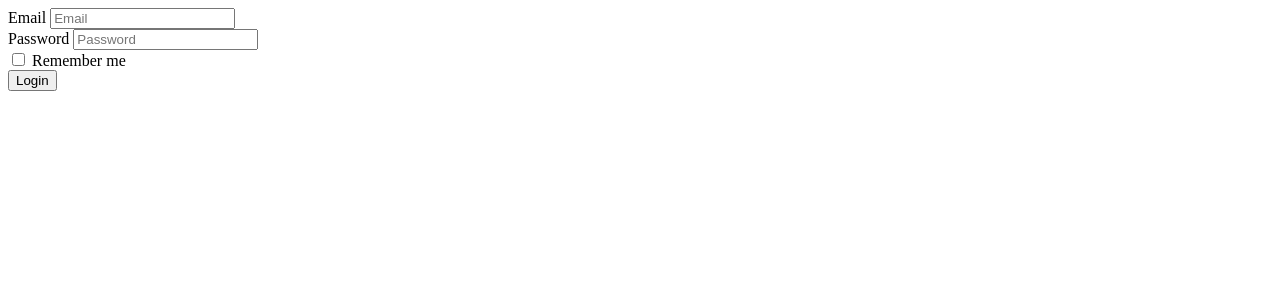
Repository: ThomStilwill/WorkingTitle
Page: client/app/views/login.html
An editor plug-in stored every save of this project. The page is shown before and after the next save, followed by the edit.
The browser window is 1280 px wide. The pictures show the whole page.

Above is the page before, as saved 2018-01-18 21:48:12.

After the next save:
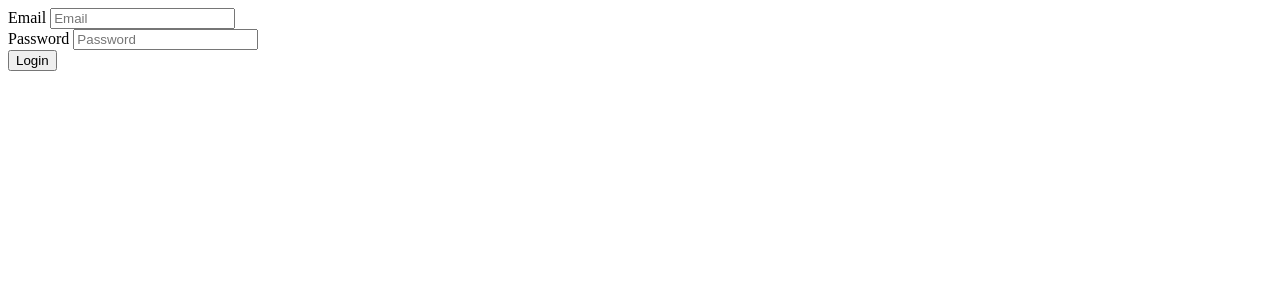
Saved 6 min 17 s later.
--- a/client/app/views/login.html
+++ b/client/app/views/login.html
@@ -1,19 +1,17 @@
 <div class="container-fluid">
-
-    <form>
+    <form name="loginform" ng-submit="ctrl.submit(loginform)">
         <div class="col-xs-6">
             <div class="form-group">
-                <label for="inputEmail">Email</label>
-                <input type="email" class="form-control" id="inputEmail" placeholder="Email">
+                <label for="username">Email</label>
+                <input type="text" class="form-control" name="username" placeholder="Email" required
+                        ng-model="ctrl.username">
             </div>
             <div class="form-group">
-                <label for="inputPassword">Password</label>
-                <input type="password" class="form-control" id="inputPassword" placeholder="Password">
+                <label for="password">Password</label>
+                <input type="password" class="form-control" name="password" placeholder="Password" required
+                        ng-model="ctrl.password">
             </div>
-            <div class="checkbox">
-                <label>
-                    <input type="checkbox"> Remember me</label>
-            </div>
+
             <button type="submit" class="btn btn-primary">Login</button>
     </form>
     </div>
